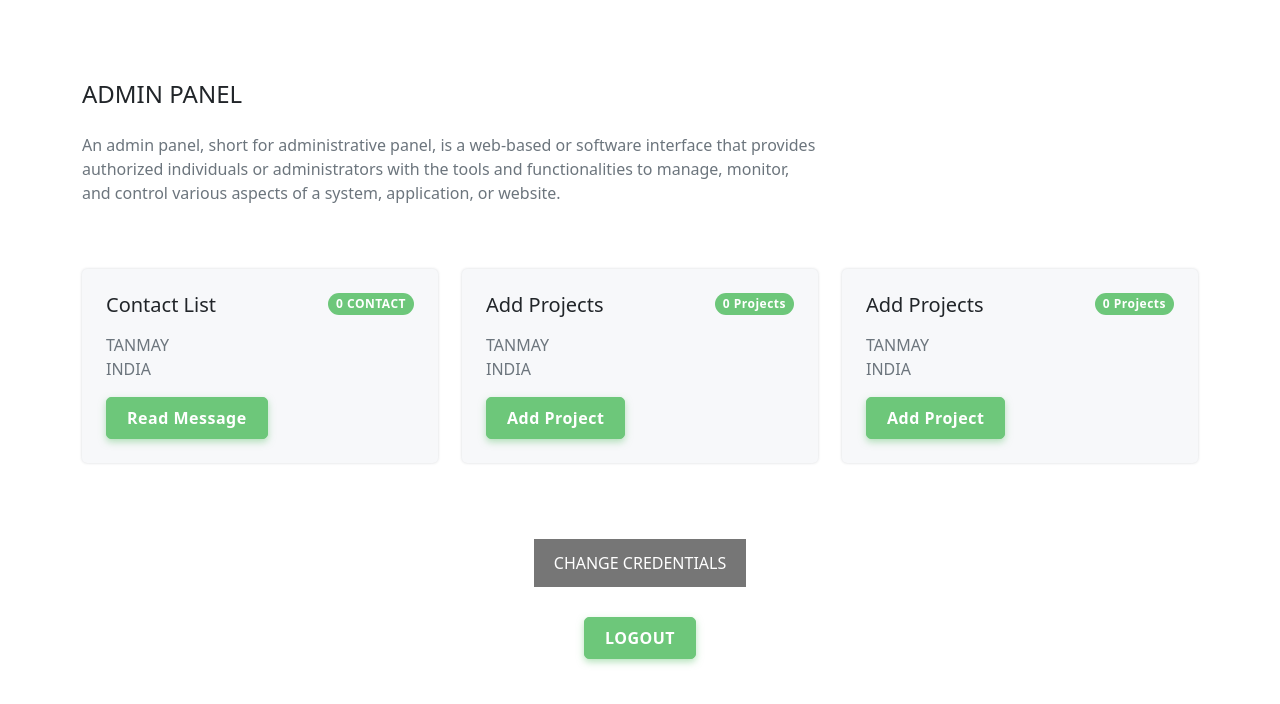
Repository: Tanmay-Kayande/Myportfolio
Page: http://localhost/myproject/admin.jsp
An editor plug-in stored every save of this project. The page is shown before and after the next save, followed by the edit.
The browser window is 1280 px wide. The pictures show the whole page.
Some web libraries are served in a nearby version. The page is served by Tomcat 9. The session is filled in as if someone had signed in: {"login": "exist"}. Other server files are loaded and not shown.

Above is the page before, as saved 2024-01-25 09:28:45.

### myproject/src/main/webapp/admin.jsp

<%@page import="com.dao.ProjectDao"%>
<%@page import="com.dao.MessageDao"%>
<%
String value = (String) session.getAttribute("login");
if (value == null) {
	response.sendRedirect("login.jsp");
	return;
}
%>

<!DOCTYPE html>
<html lang="en">

<head>
<meta charset="utf-8">


<title>find jobs cards - Bootdey.com</title>
<meta name="viewport" content="width=device-width, initial-scale=1">
<link
	href="https://cdn.jsdelivr.net/npm/bootstrap@5.2.0/dist/css/bootstrap.min.css"
	rel="stylesheet">
<style type="text/css">
body {
	margin-top: 20px;
}

.shadow {
	box-shadow: 0 0 3px rgb(53 64 78/ 20%) !important;
}

.rounded {
	border-radius: 5px !important;
}

.bg-light {
	background-color: #f7f8fa !important;
}

.bg-primary, .btn-primary, .btn-outline-primary:hover,
	.btn-outline-primary:focus, .btn-outline-primary:active,
	.btn-outline-primary.active, .btn-outline-primary.focus,
	.btn-outline-primary:not(:disabled):not(.disabled):active,
	.badge-primary, .nav-pills .nav-link.active, .pagination .active a,
	.custom-control-input:checked ~.custom-control-label:before, #preloader #status .spinner>div,
	.social-icon li a:hover, .back-to-top:hover, .back-to-home a, ::selection,
	#topnav .navbar-toggle.open span:hover, .owl-theme .owl-dots .owl-dot.active span,
	.owl-theme .owl-dots.clickable .owl-dot:hover span, .watch-video a .play-icon-circle,
	.sidebar .widget .tagcloud>a:hover, .flatpickr-day.selected,
	.flatpickr-day.selected:hover, .tns-nav button.tns-nav-active,
	.form-check-input.form-check-input:checked {
	background-color: #6dc77a !important;
}

.badge {
	padding: 5px 8px;
	border-radius: 3px;
	letter-spacing: 0.5px;
	font-size: 12px;
}

.btn-primary, .btn-outline-primary:hover, .btn-outline-primary:focus,
	.btn-outline-primary:active, .btn-outline-primary.active,
	.btn-outline-primary.focus, .btn-outline-primary:not(:disabled):not(.disabled):active
	{
	box-shadow: 0 3px 7px rgb(109 199 122/ 50%) !important;
}

.btn-primary, .btn-outline-primary, .btn-outline-primary:hover,
	.btn-outline-primary:focus, .btn-outline-primary:active,
	.btn-outline-primary.active, .btn-outline-primary.focus,
	.btn-outline-primary:not(:disabled):not(.disabled):active,
	.bg-soft-primary .border, .alert-primary, .alert-outline-primary,
	.badge-outline-primary, .nav-pills .nav-link.active, .pagination .active a,
	.form-group .form-control:focus, .form-group .form-control.active,
	.custom-control-input:checked ~.custom-control-label:before,
	.custom-control-input:focus ~.custom-control-label::before,
	.form-control:focus, .social-icon li a:hover, #topnav .has-submenu.active.active .menu-arrow,
	#topnav.scroll .navigation-menu>li:hover>.menu-arrow, #topnav.scroll .navigation-menu>li.active>.menu-arrow,
	#topnav .navigation-menu>li:hover>.menu-arrow, .flatpickr-day.selected,
	.flatpickr-day.selected:hover, .form-check-input:focus,
	.form-check-input.form-check-input:checked, .container-filter li.active,
	.container-filter li:hover {
	border-color: #6dc77a !important;
}

.bg-primary, .btn-primary, .btn-outline-primary:hover,
	.btn-outline-primary:focus, .btn-outline-primary:active,
	.btn-outline-primary.active, .btn-outline-primary.focus,
	.btn-outline-primary:not(:disabled):not(.disabled):active,
	.badge-primary, .nav-pills .nav-link.active, .pagination .active a,
	.custom-control-input:checked ~.custom-control-label:before, #preloader #status .spinner>div,
	.social-icon li a:hover, .back-to-top:hover, .back-to-home a, ::selection,
	#topnav .navbar-toggle.open span:hover, .owl-theme .owl-dots .owl-dot.active span,
	.owl-theme .owl-dots.clickable .owl-dot:hover span, .watch-video a .play-icon-circle,
	.sidebar .widget .tagcloud>a:hover, .flatpickr-day.selected,
	.flatpickr-day.selected:hover, .tns-nav button.tns-nav-active,
	.form-check-input.form-check-input:checked {
	background-color: #6dc77a !important;
}

.btn {
	padding: 8px 20px;
	outline: none;
	text-decoration: none;
	font-size: 16px;
	letter-spacing: 0.5px;
	transition: all 0.3s;
	font-weight: 600;
	border-radius: 5px;
}

.btn-primary {
	background-color: #6dc77a !important;
	border: 1px solid #6dc77a !important;
	color: #fff !important;
	box-shadow: 0 3px 7px rgb(109 199 122/ 50%);
}

a {
	text-decoration: none;
}

 {box-sizing: border-box;}

/* Button used to open the contact form - fixed at the bottom of the page */
.open-button {

  background-color: #555;
  color: white;
  padding: 12px 20px;
  border: none;
  cursor: pointer;
  opacity: 0.8;
  bottom: 30px;
  margin-right: auto;
  margin-left: auot;
  margin-bottom: 30px;
  margin-top:10px;
}

/* The popup form - hidden by default */
.form-popup {
  display: none;
  position: fixed;
  bottom: 0;
  right: 15px;
  border: 3px solid #f1f1f1;
  z-index: 9;
}

/* Add styles to the form container */
.form-container {
  max-width: 300px;
  padding: 10px;
  background-color: white;
}

/* Full-width input fields */
.form-container input[type=text], .form-container input[type=password] {
  width: 100%;
  padding: 15px;
  margin: 5px 0 22px 0;
  border: none;
  background: #f1f1f1;
}

/* When the inputs get focus, do something */
.form-container input[type=text]:focus, .form-container input[type=password]:focus {
  background-color: #ddd;
  outline: none;
}

/* Set a style for the submit/login button */
.form-container .btn {
  background-color: #04AA6D;
  color: white;
  padding: 16px 20px;
  border: none;
  cursor: pointer;
  width: 100%;
  margin-bottom:10px;
  opacity: 0.8;
}

/* Add a red background color to the cancel button */
.form-container .cancel {
  background-color: red;
}

/* Add some hover effects to buttons */
.form-container .btn:hover, .open-button:hover {
  opacity: 1;
}

</style>
</head>

<body>

	<div class="container mt-5 pt-4">

	<h3 style = "text-align: center;"><%@include file = "message.jsp" %></h3>

		<div class="row align-items-end mb-4 pb-2">
			<div class="col-md-8">
				<div class="section-title text-center text-md-start">
					<h4 class="title mb-4">ADMIN PANEL</h4>
					<p class="text-muted mb-0 para-desc">An admin panel, short for
						administrative panel, is a web-based or software interface that
						provides authorized individuals or administrators with the tools
						and functionalities to manage, monitor, and control various
						aspects of a system, application, or website.</p>
				</div>
			</div>

		</div>
		<div class="row">
			<div class="col-lg-4 col-md-6 col-12 mt-4 pt-2">
				<div class="card border-0 bg-light rounded shadow">
					<div class="card-body p-4">

					<%int count = new MessageDao().count(); %>
						<span class="badge rounded-pill bg-primary float-md-end mb-3 mb-sm-0"><%=count %> CONTACT	</span>
						<h5>Contact List</h5>
						<div class="mt-3">
							<span class="text-muted d-block"><i class="fa fa-home"
								aria-hidden="true"></i> <a href="#" target="_blank"
								class="text-muted">TANMAY</a></span> <span class="text-muted d-block"><i
								class="fa fa-map-marker" aria-hidden="true"></i> INDIA</span>
						</div>
						<div class="mt-3">
							<a href="read-message.jsp" class="btn btn-primary">Read
								Message</a>
						</div>
					</div>
				</div>
			</div>

			<div class="col-lg-4 col-md-6 col-12 mt-4 pt-2">
				<div class="card border-0 bg-light rounded shadow">
					<div class="card-body p-4">

						<%int project_count = new ProjectDao().count(); %>
						<span class="badge rounded-pill bg-primary float-md-end mb-3 mb-sm-0"><%=project_count %> Projects	</span>
						<h5>Add Projects</h5>
						<div class="mt-3">
							<span class="text-muted d-block"><i class="fa fa-home"
								aria-hidden="true"></i> <a href="#" target="_blank"
								class="text-muted">TANMAY</a></span> <span class="text-muted d-block"><i
								class="fa fa-map-marker" aria-hidden="true"></i> INDIA</span>
						</div>
						<div class="mt-3">
							<a href="project.jsp" class="btn btn-primary">Add Project</a>
						</div>
					</div>
				</div>
			</div>

			<div class="col-lg-4 col-md-6 col-12 mt-4 pt-2">
				<div class="card border-0 bg-light rounded shadow">
					<div class="card-body p-4">
						<span class="badge rounded-pill bg-primary float-md-end mb-3 mb-sm-0"><%=project_count %> Projects	</span>
						<h5>Add Projects</h5>
						<div class="mt-3">
							<span class="text-muted d-block"><i class="fa fa-home"
								aria-hidden="true"></i> <a href="#" target="_blank"
								class="text-muted">TANMAY</a></span> <span class="text-muted d-block"><i
								class="fa fa-map-marker" aria-hidden="true"></i> INDIA</span>
						</div>
						<div class="mt-3">
							<a href="project.jsp" class="btn btn-primary">Add Project</a>
						</div>
					</div>
				</div>
			</div>





			<div style="text-align: center; padding-top: 50px;" class="mt-3">

			<!-- A button to open the popup form -->
			<button class="open-button" onclick="openForm()">CHANGE
				CREDENTIALS</button>

			<!-- The form -->
			<div class="form-popup" id="myForm">
				<form action="Auth" method="post" class="form-container">
					<h2>Change Password</h2>

					<label for="email"><b>Old Password</b></label> <input type="text"
						placeholder="Enter old password" name="opass" required> <label
						for="psw"><b>New Password</b></label> <input type="password"
						placeholder="Enter Password" name="npass" required> <label
						for="psw"><b>Confirm Password</b></label> <input type="password"
						placeholder="Enter Confirm Password" name="cpass" required>

					<input type="hidden" name="check" value="change">

					<button type="submit" class="btn">Update</button>
					<button type="button" class="btn cancel" onclick="closeForm()">Close</button>
				</form>
			</div>
				<form action="Auth" method="post">
					<input type ="hidden" name = "check" value = "Logout">
					<button class="btn btn-primary">LOGOUT</button>
				</form>
			</div>

		</div>
	</div>

	<script>
		function openForm() {
			document.getElementById("myForm").style.display = "block";
		}

		function closeForm() {
			document.getElementById("myForm").style.display = "none";
		}
	</script>
	<script src="https://code.jquery.com/jquery-1.10.2.min.js"></script>
	<script
		src="https://cdn.jsdelivr.net/npm/bootstrap@5.2.0/dist/js/bootstrap.bundle.min.js"></script>
	<script type="text/javascript">

	</script>
</body>

</html>

### myproject/src/main/webapp/message.jsp

<%
	String message =(String) session.getAttribute("msg");
	if(message!= null){

		if(message.equals("Message sent successfully")){
%>
		<h1 style="text-align: center; color: blue"><%=message %></h1>
<%
		}
		else{
%>
		<h1 style="text-align: center; color: red"><%=message %></h1>
<%
		}
	}
	session.removeAttribute("msg");
%>

### myproject/src/main/java/com/dao/InsertDao.java
package com.dao;

import java.util.ArrayList;

public interface InsertDao {

	public String Insert(ArrayList<Object> al);
}

### myproject/src/main/java/com/dao/ReadDao.java
package com.dao;

import java.util.ArrayList;

public interface ReadDao {

	public ArrayList<Object> read();
}

### myproject/src/main/java/com/dao/DeleteDao.java
package com.dao;

public interface DeleteDao {

	public String delete(int sn);
}

### myproject/src/main/java/com/dao/MessageDao.java
package com.dao;

import java.sql.Connection;
import java.sql.PreparedStatement;
import java.sql.ResultSet;
import java.time.LocalDateTime;
import java.util.ArrayList;

import com.pojo.MessagePojo;

public class MessageDao implements InsertDao, ReadDao, DeleteDao {


	private Connection connection;
	private String sql;
	private PreparedStatement prepareStatement;
	private int row;
	private String result;
	private ResultSet rs;

	@SuppressWarnings("finally")
	@Override
	public String Insert(ArrayList<Object> al) {

		try {

			connection = ConnectionFactory.getConnection();
			sql = "insert into message(name, email, message, date) values(?,?,?,?)";
			prepareStatement = connection.prepareStatement(sql);
			prepareStatement.setString(1, (String)al.get(0));
			prepareStatement.setString(2, (String)al.get(1));
			prepareStatement.setString(3, (String)al.get(2));
			prepareStatement.setString(4, LocalDateTime.now().toString());

			row = prepareStatement.executeUpdate();
			if(row==1) {
				result = "saved";
			}

		} catch (Exception e) {
			result = "failed";
			e.printStackTrace();
		}
		finally {
			return result;
		}
	}

	@SuppressWarnings("finally")
	@Override
	public ArrayList<Object> read() {

		ArrayList<Object> ar = new ArrayList<>();

		try {
			connection = ConnectionFactory.getConnection();
			sql = "select * from message";
			prepareStatement = connection.prepareStatement(sql);
			rs = prepareStatement.executeQuery();
			while(rs.next()) {
				MessagePojo m = new MessagePojo(rs.getInt("sn"), rs.getString("name"), rs.getString("email"), rs.getString("message"),
						rs.getString("date"));
				ar.add(m);
			}

		} catch (Exception e) {

			e.printStackTrace();
		}
		finally {

			return ar;
		}
	}

	@SuppressWarnings("finally")
	public int count() {

		int no_of_message = 0;
		try {
			connection = ConnectionFactory.getConnection();
			sql = "select count(*) as count from message";
			prepareStatement = connection.prepareStatement(sql);
			rs = prepareStatement.executeQuery();
			rs.next();
			no_of_message = rs.getInt("count");

		} catch (Exception e) {
			e.printStackTrace();
		}
		finally {

			return no_of_message;
		}


	}

	@SuppressWarnings("finally")
	@Override
	public String delete(int sn) {

		try {

			connection = ConnectionFactory.getConnection();
			sql = "delete from message where sn = ?";
			prepareStatement = connection.prepareStatement(sql);
			prepareStatement.setInt(1, sn);
			row = prepareStatement.executeUpdate();
			if(row==1) {
				result = "deleted";
			}

		} catch (Exception e) {
			result = "failed";
			e.printStackTrace();
		}
		finally {
			return result;
		}


	}


}

### myproject/src/main/java/com/dao/ConnectionFactory.java
package com.dao;

import java.sql.Connection;

import com.mysql.cj.jdbc.MysqlDataSource;

public class ConnectionFactory {

	private static Connection connection;
	@SuppressWarnings("finally")
	public static Connection getConnection() {
		try {

			MysqlDataSource mysql = new MysqlDataSource();
			mysql.setUrl("jdbc:mysql://localhost:3306/myportfolio");
			mysql.setUser("root");
			mysql.setPassword("pass");

			connection = mysql.getConnection();


		} catch (Exception e) {

			e.printStackTrace();
		}
		finally {
			return connection;
		}

	}


}

### myproject/src/main/java/com/dao/ProjectDao.java
package com.dao;

import java.sql.Connection;
import java.sql.PreparedStatement;
import java.sql.ResultSet;
import java.time.LocalDateTime;
import java.util.ArrayList;

import javax.servlet.http.Part;

import com.fileIO.ProjectIO;
import com.pojo.Projectpojo;

public class ProjectDao implements InsertDao, ReadDao, DeleteDao  {

	private Connection connection;
	private String sql;
	private PreparedStatement prepareStatement;
	private int row;
	private String result;
	private ResultSet rs;

	@SuppressWarnings("finally")
	@Override
	public String Insert(ArrayList<Object> al) {

		try {

			String filename = (String) al.get(0);
			String formatname = format(filename);

			connection = ConnectionFactory.getConnection();
			connection.setAutoCommit(false);
			sql = "insert into project(filename) value (?)";
			prepareStatement = connection.prepareStatement(sql);
			prepareStatement.setString(1, formatname);
			row = prepareStatement.executeUpdate();
			if(row == 1) {
				boolean write = new ProjectIO().write(formatname,(Part) al.get(1));
				if(write==true) {

					connection.commit();
					result = "inserted";
				}
				else {
					connection.rollback();
					result = "failed";
				}
			}

		} catch (Exception e) {
			result = "failed";
			e.printStackTrace();
		} finally {

			return result;
		}
	}

	private String format(String filename) {

		String formatfilename = LocalDateTime.now().toString() + filename;
		String[] split = formatfilename.split(":");
		return split[0] + split[1] + split[2];

	}

	@SuppressWarnings("finally")
	@Override
	public ArrayList<Object> read() {

		ArrayList<Object> al = new ArrayList<>();
		try {

			connection = ConnectionFactory.getConnection();
			sql = "select * from project";
			prepareStatement = connection.prepareStatement(sql);
			rs = prepareStatement.executeQuery();
			while(rs.next()) {

				Projectpojo p = new Projectpojo(rs.getInt("sn"),rs.getString("filename"));
				al.add(p);
			}

		} catch (Exception e) {

			e.printStackTrace();
		}
		finally {

			return al;
		}

	}

	@SuppressWarnings("finally")
	public int count() {

		int no_of_projects = 0;
		try {
			connection = ConnectionFactory.getConnection();
			sql = "select count(*) as count from project";
			prepareStatement = connection.prepareStatement(sql);
			rs = prepareStatement.executeQuery();
			rs.next();
			no_of_projects = rs.getInt("count");

		} catch (Exception e) {
			e.printStackTrace();
		}
		finally {

			return no_of_projects;
		}

}

	@SuppressWarnings("finally")
	@Override
	public String delete(int sn) {

		try {

			connection = ConnectionFactory.getConnection();
			sql = "delete * form project where sn = ?";
			prepareStatement = connection.prepareStatement(sql);
			prepareStatement.setInt(1, sn);
			row = prepareStatement.executeUpdate();
			if(row==1) {
				result = "deleted";
			}

		} catch (Exception e) {
			result = "failed";
			e.printStackTrace();
		}
		finally {

			return result;
		}
	}

	@SuppressWarnings("finally")
	public String getFilePath(int sn) {
		String Path = null;
		try {
			connection = ConnectionFactory.getConnection();
			sql = "select filename from project where sn = ?";
			prepareStatement = connection.prepareStatement(sql);
			prepareStatement.setInt(1, sn);
			rs = prepareStatement.executeQuery();
			if(rs.next()) {
				result = rs.getString("filename");
				return result;
			}

		} catch (Exception e) {
			e.printStackTrace();
		}
		finally {
			return result;
		}

	}
}

After the next save:
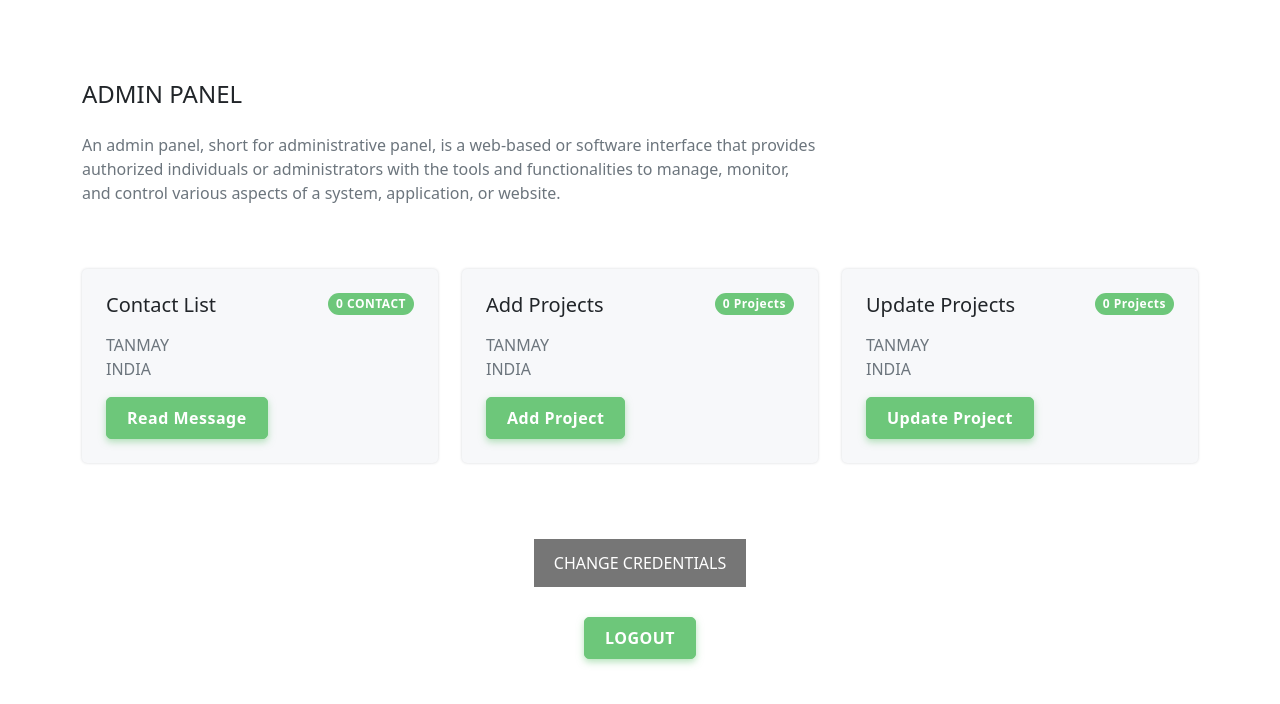
Saved 30 s later.
--- a/myproject/src/main/webapp/admin.jsp
+++ b/myproject/src/main/webapp/admin.jsp
@@ -262,7 +262,7 @@ a {
 				<div class="card border-0 bg-light rounded shadow">
 					<div class="card-body p-4">
 						<span class="badge rounded-pill bg-primary float-md-end mb-3 mb-sm-0"><%=project_count %> Projects	</span>
-						<h5>Add Projects</h5>
+						<h5>Update Projects</h5>
 						<div class="mt-3">
 							<span class="text-muted d-block"><i class="fa fa-home"
 								aria-hidden="true"></i> <a href="#" target="_blank"
@@ -270,7 +270,7 @@ a {
 								class="fa fa-map-marker" aria-hidden="true"></i> INDIA</span>
 						</div>
 						<div class="mt-3">
-							<a href="project.jsp" class="btn btn-primary">Add Project</a>
+							<a href="project.jsp" class="btn btn-primary">Update Project</a>
 						</div>
 					</div>
 				</div>
